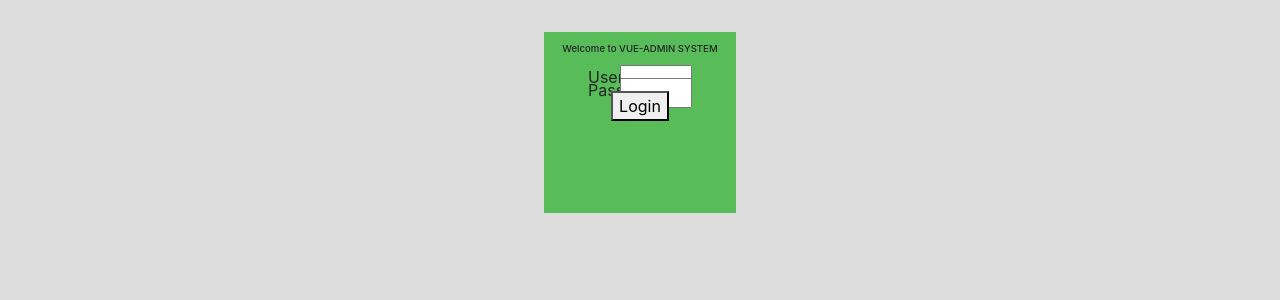
Repository: gzh51904/baiyangApp
Page: / (app in houtai/Vue-admin/)
The author's editor kept a copy of each file at every save. The page is drawn from the files as they stood at one save, then again after the next save.
The browser window is 1280 px wide. The pictures show the whole page.
The project was rebuilt for these pictures with package versions that can differ from the ones it lists, and the page was loaded fresh each time. Also part of the build but not shown: houtai/Vue-admin/vue.config.js.

Above is the page before, as saved 2019-05-11 10:54:07.

After the next save:
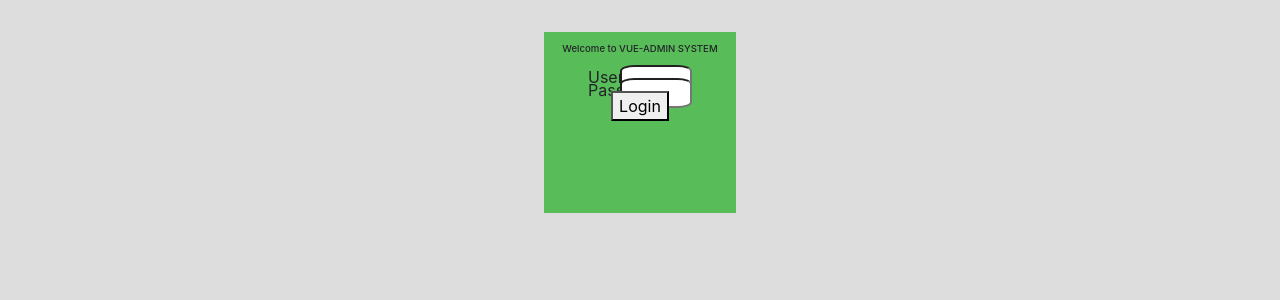
Saved 11 s later.
--- a/houtai/Vue-admin/src/pages/login.vue
+++ b/houtai/Vue-admin/src/pages/login.vue
@@ -53,6 +53,7 @@ export default {
         }
         input{
             width:4.5rem;
+            border-radius: 20%;
         }
         }
     }
